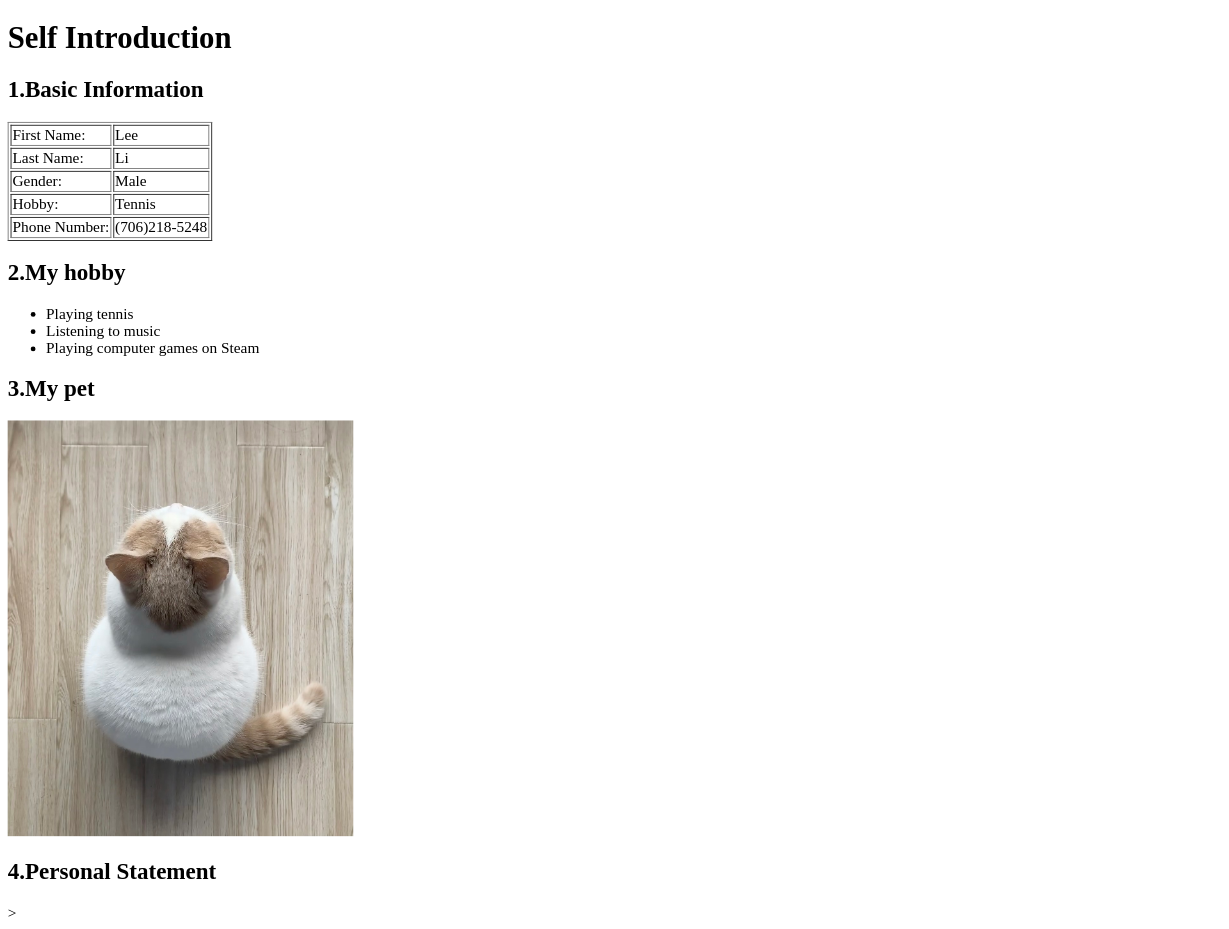
Repository: RigelLM/Java-Learning
Page: HomePage/public/Index.html
An editor plug-in stored every save of this project. The page is shown before and after a run of saves, followed by the edit.
The browser window is 1280 px wide. The pictures show the whole page, at 96% of full size.

Above is the page before, as saved 2023-01-17 17:16:01.

After the next 2 saves:
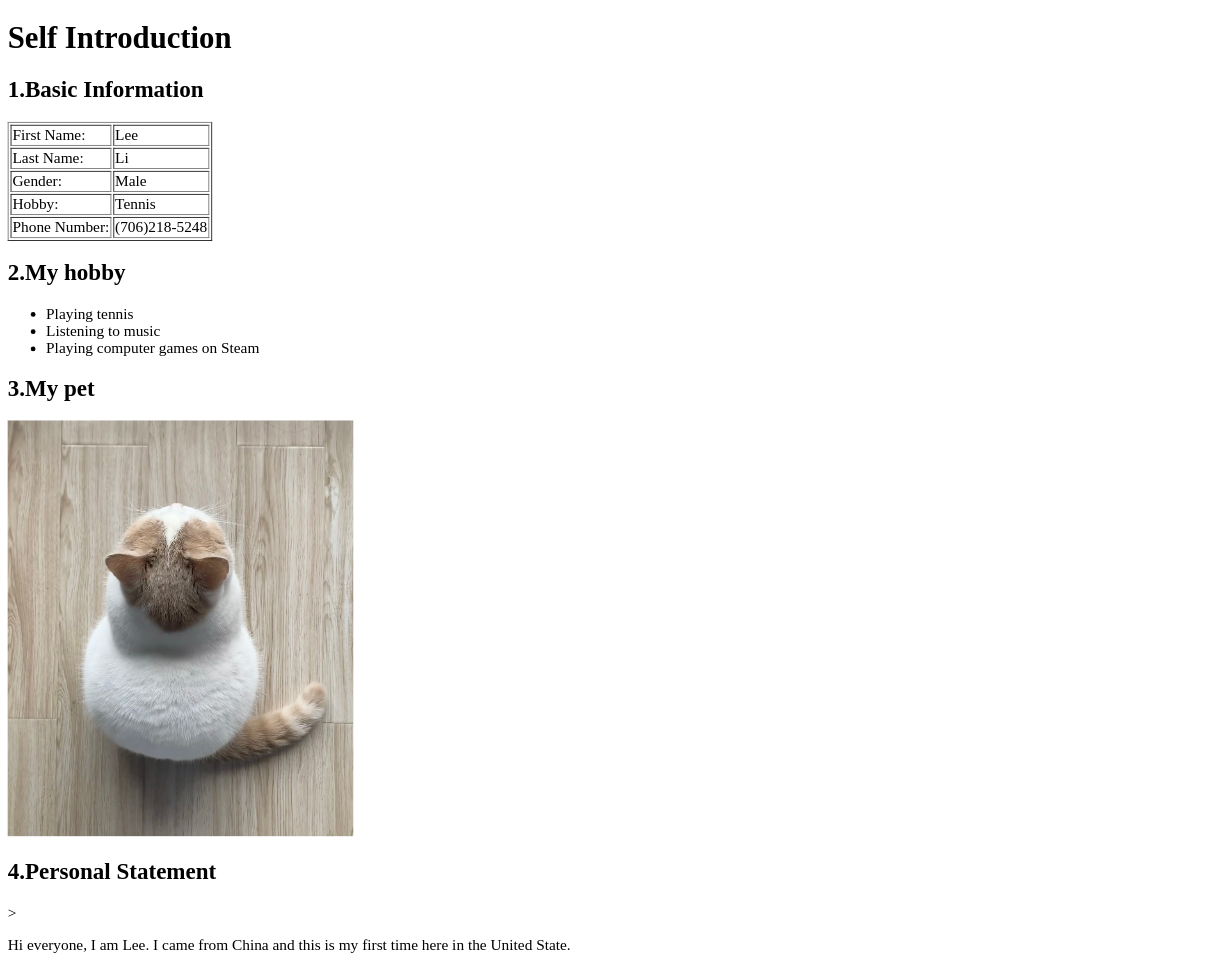
The 2 saves are shown as one change because they came seconds apart.
The last was saved 10 min 44 s later.
--- a/HomePage/public/Index.html
+++ b/HomePage/public/Index.html
@@ -37,5 +37,6 @@
 <h2>3.My pet</h2>
 <img src="cat.jpg" alt="My Cat" width="360" height="433">
 <h2>4.Personal Statement</h2>>
+<p>Hi everyone, I am Lee. I came from China and this is my first time here in the United State.</p>
 </body>
 </html>
